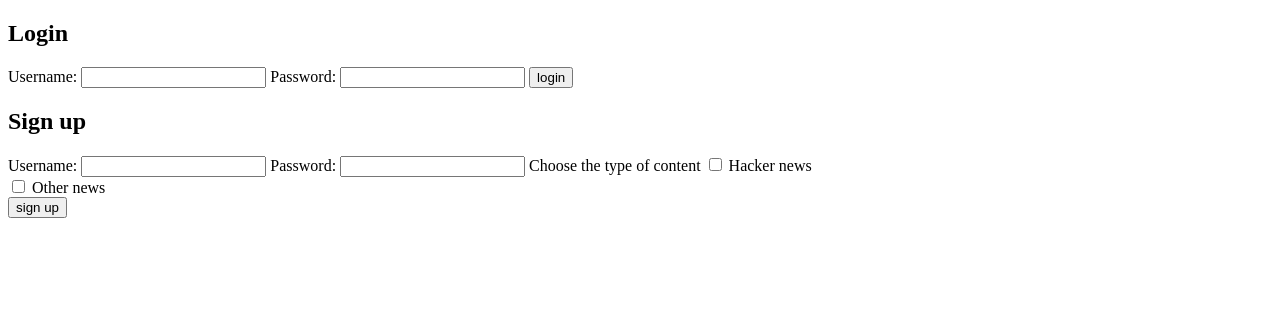
Repository: akshatmaheshwar/HackerNews-Clone
Page: http://localhost/HackerNews/login_page.jsp
The author's editor kept a copy of each file at every save. The page is drawn from the files as they stood at one save, then again after the next save.
The browser window is 1280 px wide. The pictures show the whole page.
The page is served by Tomcat 10. Other server files are loaded and not shown.

Above is the page before, as saved 2023-10-18 09:11:02.

### HackerNews/src/main/webapp/login_page.jsp
<%@ page language="java" contentType="text/html; charset=ISO-8859-1"
    pageEncoding="ISO-8859-1"%>
<!DOCTYPE html>
<html>
<head>
<meta charset="ISO-8859-1">
<title>Hacker News</title>
</head>
<body>
<h2>Login</h2>
<form action="accountservlet" method="post">
        Username: <input type="text" name="username" required>
        Password: <input type="password" name="password" required>
        <input type="submit" value="login">
    </form>

<h2>Sign up</h2>
<form action="signupservlet" method="post">
        Username: <input type="text" name="username" required>
        Password: <input type="password" name="password" required>
        Choose the type of content
          <input type="checkbox" class="radio" id="contenttype" name="hackernews" value="1">
		  <label for="hackernews"> Hacker news</label><br>
		  <input type="checkbox" class="radio" id="contenttype" name="othernews" value="1">
		  <label for="othernews"> Other news</label><br>
        <input type="submit" value="sign up">
    </form>
</body>
</html>

After the next save:
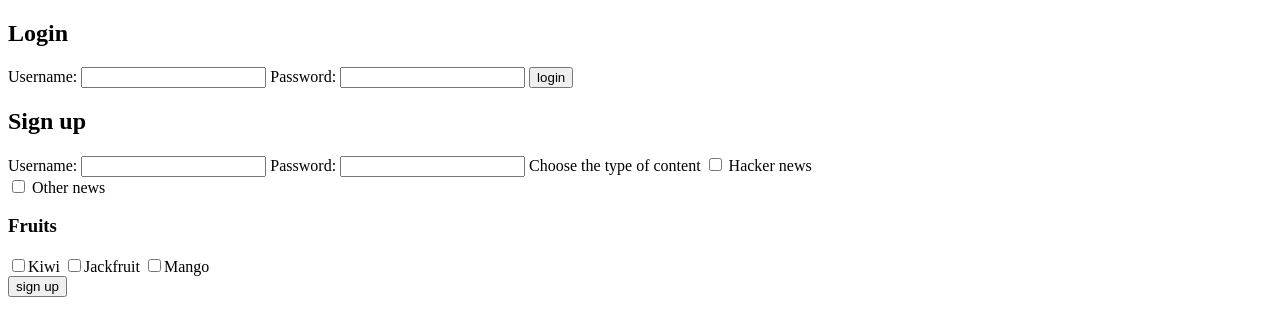
Saved 5 min 7 s later.
--- a/HackerNews/src/main/webapp/login_page.jsp
+++ b/HackerNews/src/main/webapp/login_page.jsp
@@ -23,6 +23,15 @@
 		  <label for="hackernews"> Hacker news</label><br>
 		  <input type="checkbox" class="radio" id="contenttype" name="othernews" value="1">
 		  <label for="othernews"> Other news</label><br>
+		  <div>
+		  <h3>Fruits</h3>
+		  <label>
+		    <input type="checkbox" class="radio" value="1" name="fooby[1][]" />Kiwi</label>
+		  <label>
+		    <input type="checkbox" class="radio" value="1" name="fooby[1][]" />Jackfruit</label>
+		  <label>
+		    <input type="checkbox" class="radio" value="1" name="fooby[1][]" />Mango</label>
+		</div>
         <input type="submit" value="sign up">
     </form>
 </body>
